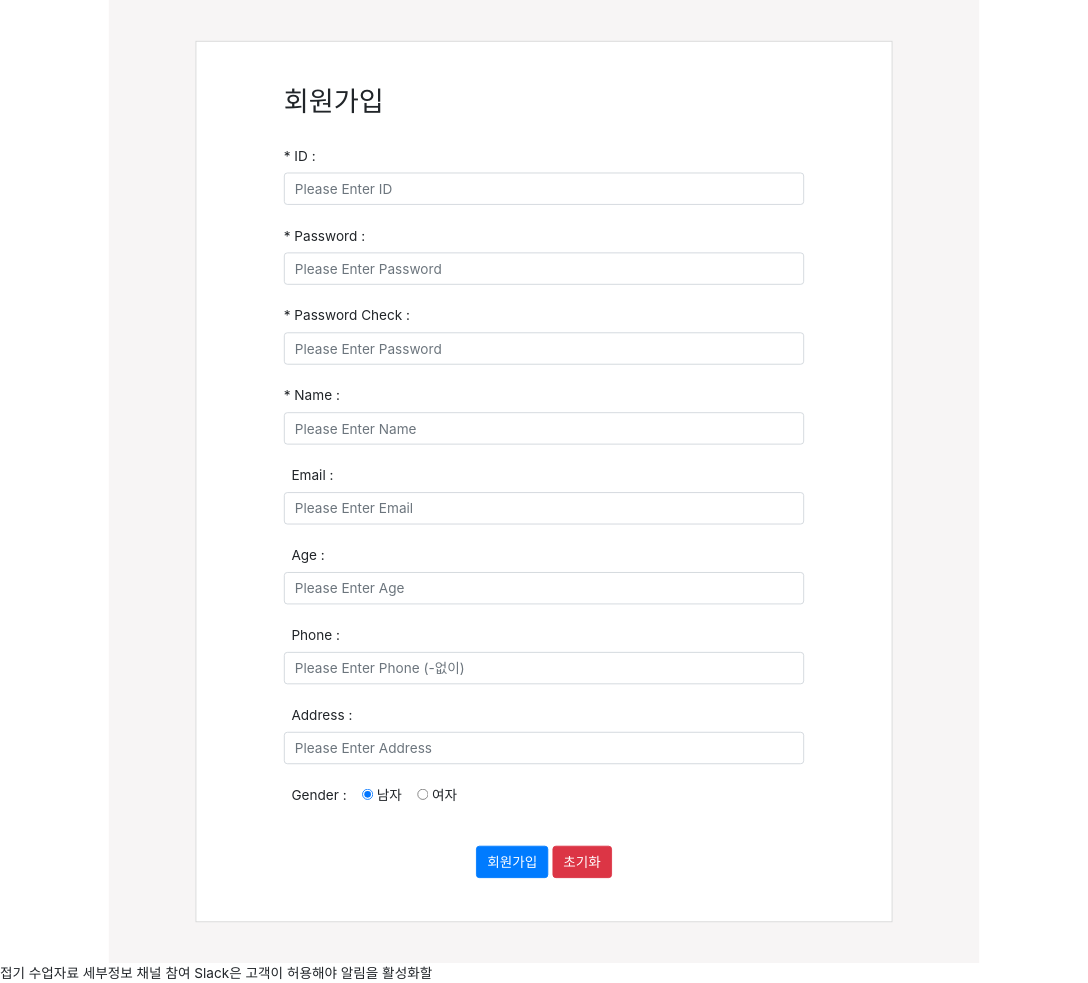
Repository: kimpilgyu0214/new_class
Page: http://localhost/springProject/WEB-INF/views/member/enrollForm.jsp
An editor plug-in stored every save of this project. The page is shown before and after the next save, followed by the edit.
The browser window is 1280 px wide. The pictures show the whole page, at 85% of full size.
Pictures or frames that could not be fetched are drawn as grey boxes. The page is served by Tomcat 9. Nobody is signed in. Other server files are loaded and not shown. The template is opened directly, without the code that normally fills it, so the values that code supplies are empty.

Above is the page before, as saved 2024-06-18 00:40:53.

### springProject/src/main/webapp/WEB-INF/views/member/enrollForm.jsp
<%@ page language="java" contentType="text/html; charset=UTF-8"
    pageEncoding="UTF-8"%>
<!DOCTYPE html>
<html lang="en">
<head>
    <meta charset="UTF-8">
    <title>Document</title>
    <script src="https://ajax.googleapis.com/ajax/libs/jquery/3.7.1/jquery.min.js"></script>
    <link rel="stylesheet" href="https://maxcdn.bootstrapcdn.com/bootstrap/4.5.2/css/bootstrap.min.css">
    <script src="https://maxcdn.bootstrapcdn.com/bootstrap/4.5.2/js/bootstrap.min.js"></script>

    <style>
        .content {
            background-color:rgb(247, 245, 245);
            width:80%;
            margin:auto;
        }
        .innerOuter {
            border:1px solid lightgray;
            width:80%;
            margin:auto;
            padding:5% 10%;
            background-color:white;
        }
    </style>
</head>
<body>

    <!-- 메뉴바 -->
    <jsp:include page="" />

    <div class="content">
        <br><br>
        <div class="innerOuter">
            <h2>회원가입</h2>
            <br>

            <form action="" method="post">
                <div class="form-group">
                    <label for="userId">* ID : </label>
                    <input type="text" class="form-control" id="userId" placeholder="Please Enter ID" name="" required> <br>

                    <label for="userPwd">* Password : </label>
                    <input type="password" class="form-control" id="userPwd" placeholder="Please Enter Password" name="" required> <br>

                    <label for="checkPwd">* Password Check : </label>
                    <input type="password" class="form-control" id="checkPwd" placeholder="Please Enter Password" required> <br>

                    <label for="userName">* Name : </label>
                    <input type="text" class="form-control" id="userName" placeholder="Please Enter Name" name="" required> <br>

                    <label for="email"> &nbsp; Email : </label>
                    <input type="text" class="form-control" id="email" placeholder="Please Enter Email" name=""> <br>

                    <label for="age"> &nbsp; Age : </label>
                    <input type="number" class="form-control" id="age" placeholder="Please Enter Age" name=""> <br>

                    <label for="phone"> &nbsp; Phone : </label>
                    <input type="tel" class="form-control" id="phone" placeholder="Please Enter Phone (-없이)" name=""> <br>

                    <label for="address"> &nbsp; Address : </label>
                    <input type="text" class="form-control" id="address" placeholder="Please Enter Address" name=""> <br>

                    <label for=""> &nbsp; Gender : </label> &nbsp;&nbsp;
                    <input type="radio" id="Male" value="M" name="" checked>
                    <label for="Male">남자</label> &nbsp;&nbsp;
                    <input type="radio" id="Female" value="F" name="">
                    <label for="Female">여자</label> &nbsp;&nbsp;
                </div>
                <br>
                <div class="btns" align="center">
                    <button type="submit" class="btn btn-primary">회원가입</button>
                    <button type="reset" class="btn btn-danger">초기화</button>
                </div>
            </form>
        </div>
        <br><br>

    </div>

    <!-- 푸터바 -->
    <jsp:include page="" />

</body>
</html>
접기



수업자료
세부정보
채널 참여




Slack은 고객이 허용해야 알림을 활성화할

### springProject/src/main/webapp/WEB-INF/views/common/menubar.jsp
<%@ page language="java" contentType="text/html; charset=UTF-8"
    pageEncoding="UTF-8"%>
<%@ taglib prefix="c" uri="http://java.sun.com/jsp/jstl/core" %>
<!DOCTYPE html>
<html lang="en">
<head>
    <meta charset="UTF-8">
    <title>Document</title>
    <script src="https://ajax.googleapis.com/ajax/libs/jquery/3.7.1/jquery.min.js"></script>
    <link rel="stylesheet" href="https://maxcdn.bootstrapcdn.com/bootstrap/4.5.2/css/bootstrap.min.css">
    <script src="https://maxcdn.bootstrapcdn.com/bootstrap/4.5.2/js/bootstrap.min.js"></script>
    <style>
        div {box-sizing:border-box;}
        #header {
            width:80%;
            height:100px;
            padding-top:20px;
            margin:auto;
        }
        #header>div {width:100%; margin-bottom:10px;}
        #header_1 {height:80%;}
        #header_2 {height:60%;}

        #header_1>div{
            height:100%;
            float:left;
        }
        #header_1_left {width:30%; position:relative;}
        #header_1_center {width:40%;}
        #header_1_right {width:30%;}

        #header_1_left>img {height:100%; position:absolute; margin:auto; top:0px; bottom:0px; right:0px; left:0px;}
        #header_1_right {text-align:center; line-height:35px; font-size:12px; text-indent:35px;}
        #header_1_right>a {margin:5px;}
        #header_1_right>a:hover {cursor:pointer;}

        #header_2>ul {width:100%; height:100%; list-style-type:none; margin:auto; padding:0;}
        #header_2>ul>li {float:left; width:25%; height:100%; line-height:55px; text-align:center;}
        #header_2>ul>li a {text-decoration:none; color:black; font-size:18px; font-weight:900;}

        #header_2 {border-top:1px solid lightgray;}

        #header a {text-decoration:none; color:black;}

        .content {
            background-color:rgb(247, 245, 245);
            width:80%;
            margin:auto;
        }
        .innerOuter {
            border:1px solid lightgray;
            width:80%;
            margin:auto;
            padding:5% 10%;
            background-color:white;
        }

    </style>
</head>
<body>

    <div id="header">
        <div id="header_1">
            <div id="header_1_left">
                <img src="https://kh-academy.co.kr/resources/images/main/logo.svg" alt="">
            </div>
            <div id="header_1_center"></div>
            <div id="header_1_right">
                <c:choose>
                	<c:when test="${ sessionScope.loginUser eq null }">

	                	<a href="">회원가입</a>
	                	<a data-toggle="modal" data-target="#loginModal">로그인</a>
                	</c:when>

	                <c:otherwise>
	                    <lable> ${ sessionScope.loginUser. userName}님 환영합니다</label> &nbsp;&nbsp;
	                    <a href="">마이페이지</a>
	                    <a href="logout.do">로그아웃</a>
	                </c:otherwise>
                </c:choose>
            </div>
        </div>
        <div id="header_2">
            <ul>
                <li><a href="">HOME</a></li>
                <li><a href="">공지사항</a></li>
                <li><a href="">자유게시판</a></li>
                <li><a href="">사진게시판</a></li>
            </ul>
        </div>
    </div>

    <!-- 로그인 클릭 시 뜨는 모달 (기존에는 안보이다가 위의 a 클릭 시 보임) -->
    <div class="modal fade" id="loginModal">
        <div class="modal-dialog modal-sm">
            <div class="modal-content">
                <!-- Modal Header -->
                <div class="modal-header">
                    <h4 class="modal-title">Login</h4>
                    <button type="button" class="close" data-dismiss="modal">&times;</button>
                </div>

                <form action="login.do" method="post">
                    <!-- Modal body -->
                    <div class="modal-body">
                        <label for="userId" class="mr-sm-2">ID : </label>
                        <input type="text" class="form-control mb-2 mr-sm-2" placeholder="Enter ID" id="userId" name="userId"> <br>
                        <label for="userPwd" class="mr-sm-2">Password : </label>
                        <input type="password" class="form-control mb-2 mr-sm-2" placeholder="Enter Password" id="userPwd" name="userPwd">
                    </div>

                    <!-- Modal footer -->
                    <div class="modal-footer">
                        <button type="submit" class="btn btn-success">로그인</button>
                        <button type="button" class="btn btn-secondary" data-dismiss="modal">취소</button>
                    </div>
                </form>
            </div>
        </div>

    </div>

    <br clear="both">
</body>
</html>

After the next save:
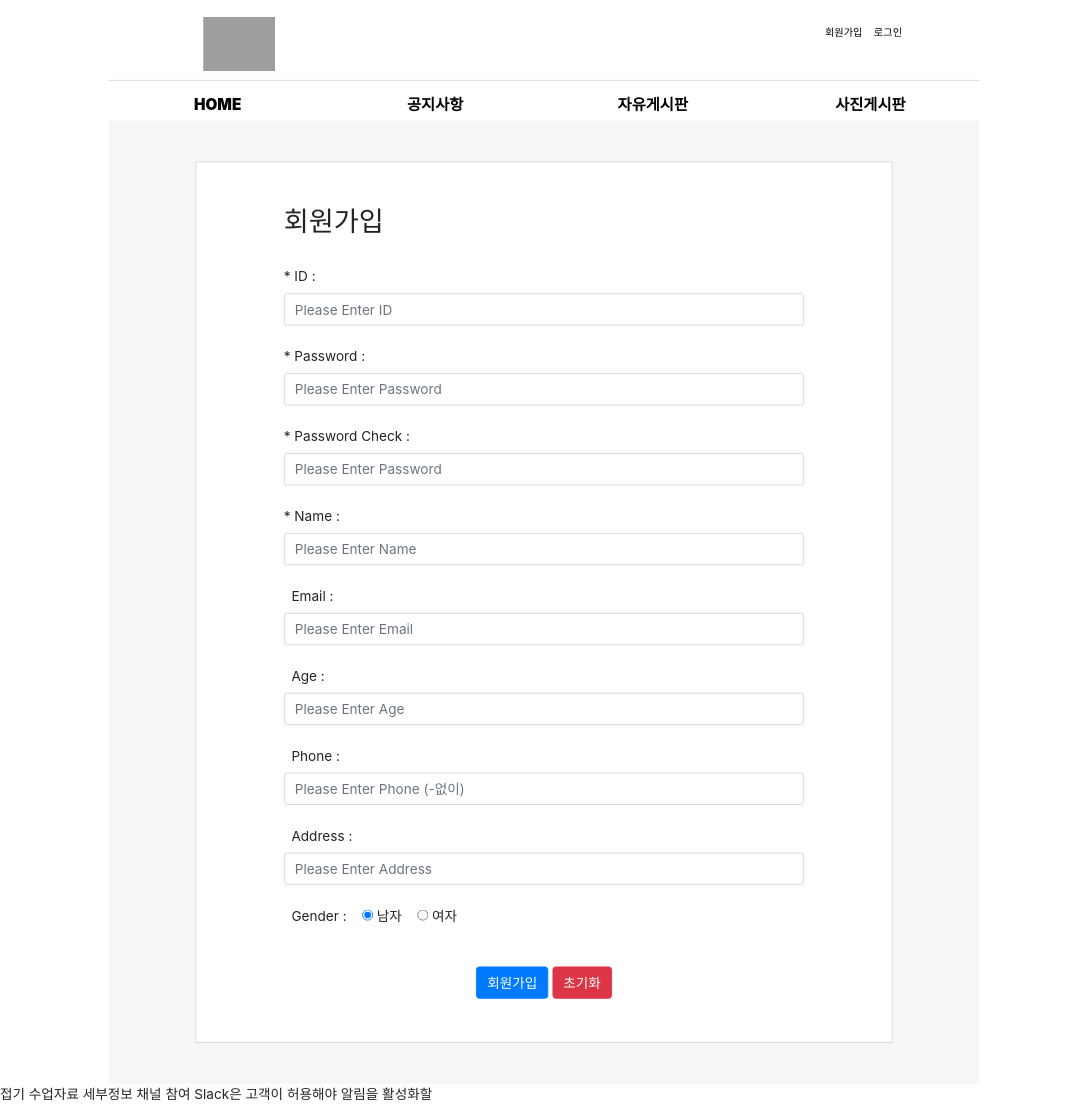
Saved 68 s later.
--- a/springProject/src/main/webapp/WEB-INF/views/member/enrollForm.jsp
+++ b/springProject/src/main/webapp/WEB-INF/views/member/enrollForm.jsp
@@ -5,29 +5,12 @@
 <head>
     <meta charset="UTF-8">
     <title>Document</title>
-    <script src="https://ajax.googleapis.com/ajax/libs/jquery/3.7.1/jquery.min.js"></script>
-    <link rel="stylesheet" href="https://maxcdn.bootstrapcdn.com/bootstrap/4.5.2/css/bootstrap.min.css">
-    <script src="https://maxcdn.bootstrapcdn.com/bootstrap/4.5.2/js/bootstrap.min.js"></script>
 
-    <style>
-        .content {
-            background-color:rgb(247, 245, 245);
-            width:80%;
-            margin:auto;
-        }
-        .innerOuter {
-            border:1px solid lightgray;
-            width:80%;
-            margin:auto;
-            padding:5% 10%;
-            background-color:white;
-        }
-    </style>
 </head>
 <body>
 
     <!-- 메뉴바 -->
-    <jsp:include page="" />
+    <jsp:include page="../common/menubar.jsp" />
 
     <div class="content">
         <br><br>
